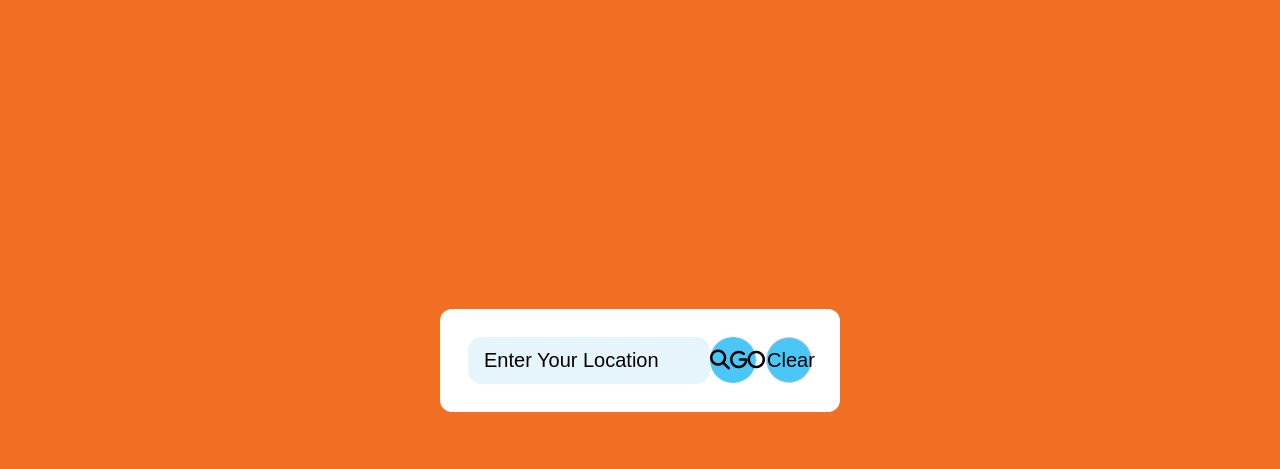
Repository: kapucuonur/weather-app
Page: index.html
An editor plug-in stored every save of this project. The page is shown before and after the next save, followed by the edit.
The browser window is 1280 px wide. The pictures show the whole page.
Some web libraries are served in a nearby version.

Above is the page before, as saved 2024-11-16 15:33:54.

### index.html
<!DOCTYPE html>
<html lang="en">
<head>
    <meta charset="UTF-8">
    <meta http-equiv="X-UA-Compatible" content="IE=edge">
    <meta name="viewport" content="width=device-width, initial-scale=1.0">
    <title>Weather App With JavaScript</title>
    <link rel="stylesheet" href="style.css">

</head>

<body>

    <div class="container">

        <div class="header">
            <div class="search-box">
                <input type="text" placeholder="Enter your location" class="input-box">
                <button class="fa-solid fa-magnifying-glass" id="searchBtn">Go</button>
                <!-- Clear button added here -->
                <button class="clear-btn" id="clearBtn">Clear</button>
            </div>

        </div>

        <div class="location-not-found">
            <h1>Sorry, Location not found!!!</h1>
            <img src="/assets/404.png" alt="404 Error">
        </div>

        <div class="weather-body">
            <img src="/assets/cloud.png" alt="Weather Image" class="weather-img">

            <div class="weather-box">
                <p class="temperature">0 <sup>°C</sup></p>
                <p class="description">light rain</p>
            </div>

            <div class="weather-details">
                <div class="humidity">
                    <i class="fa-sharp fa-solid fa-droplet"></i>
                    <div class="text">
                        <span id="humidity">45%</span>
                        <p>Humidity</p>
                    </div>
                </div>

                <div class="wind">
                    <i class="fa-solid fa-wind"></i>
                    <div class="text">
                        <span id="wind-speed">12Km/H</span>
                        <p>Wind Speed</p>
                    </div>
                </div>
            </div>
        </div>
    </div>


    <script src="script.js"></script>
    <script src="https://kit.fontawesome.com/595a890311.js" crossorigin="anonymous"></script>
</body>
</html>

### style.css
*{
    margin: 0;
    padding: 0;
    box-sizing: border-box;
    border: none;
    outline: none;
    font-family: sans-serif;
}

body{
    min-height: 100vh;
    display: flex;
    justify-content: center;
    align-items: center;
    background-color: #f16f23;
}

.container{
    width: 400px;
    height: min-content;
    background-color: #fff;
    border-radius: 12px;
    padding: 28px;
}

.search-box{
    width: 100%;
    height: min-content;
    display: flex;
    justify-content: space-between;
    align-items: center;
}

.search-box input{
    width: 84%;
    font-size: 20px;
    text-transform: capitalize;
    color: #000;
    background-color: #e6f5fb;
    padding: 12px 16px;
    border-radius: 14px;
}

.search-box input::placeholder{
    color: #000;
}
.clear-btn {
    width: 46px;
    height: 46px;
    background-color: #e6f5fb;
    border-radius: 50%;
    cursor: pointer;
    font-size: 20px;
    border: 1px solid #ccc;
    margin-left: 10px; /* Input kutusu ile arasında boşluk bırak */
}

.clear-btn:hover {
    color: #fff;
    background-color: #ababab;
}


.search-box button{
    width: 46px;
    height: 46px;
    background-color: #4ac6f7;
    border-radius: 50%;
    cursor: pointer;
    font-size: 20px;
}

.search-box button:hover{
    color: #fff;
    background-color: #f20c0c;
}

.weather-body{
    justify-content: center;
    align-items: center;
    flex-direction: column;
    margin-block: 20px;
    display: none;
}
.weather-body img{
    width: 60%;
}

.weather-box{
    margin-block: 20px;
    text-align: center;
}

.weather-box .temperature{
    font-size: 40px;
    font-weight: 800;
    position: relative;
}

.weather-box .temperature sup{
    font-size: 20px;
    position: absolute;
    font-weight: 600;
}

.weather-box .description{
    font-size: 20px;
    font-weight: 700;
    text-transform: capitalize;
}

.weather-details{
    width: 100%;
    display: flex;
    justify-content: space-between;
    margin-top: 30px;
}

.humidity, .wind{
    display: flex;
    align-items: center;
}

.humidity{
    margin-left: 20px;
}

.wind{
    margin-right: 20px;
}

.weather-details i{
    font-size: 36px;
}

.weather-details .text{
    margin-left: 10px;
    font-size: 16px;
}

.text span{
    font-size: 20px;
    font-weight: 700;
}

.location-not-found{
    margin-top: 20px;
    display: none;
    align-items: center;
    justify-content: center;
    flex-direction: column;
}

.location-not-found h1{
    font-size: 20px;
    color: #6b6b6b;
    margin-block-end: 15px;
}
.location-not-found img{
    width: 80%;
}

### script.js
const inputBox = document.querySelector('.input-box');
const searchBtn = document.getElementById('searchBtn');
const clearBtn = document.getElementById('clearBtn'); // Clear button element
const weather_img = document.querySelector('.weather-img');
const temperature = document.querySelector('.temperature');
const description = document.querySelector('.description');
const humidity = document.getElementById('humidity');
const wind_speed = document.getElementById('wind-speed');

const location_not_found = document.querySelector('.location-not-found');
const weather_body = document.querySelector('.weather-body');

async function checkWeather(city) {
    const api_key = "YOUR_API_KEY"; // Your API key
    const url = `https://api.openweathermap.org/data/2.5/weather?q=${city}&appid=${api_key}`;

    const weather_data = await fetch(`${url}`).then(response => response.json());

    if (weather_data.cod === "404") {
        location_not_found.style.display = "flex";
        weather_body.style.display = "none";
        console.log("Location not found");
        return;
    }

    location_not_found.style.display = "none";
    weather_body.style.display = "flex";

    // Update weather data
    temperature.innerHTML = `${Math.round(weather_data.main.temp - 273.15)}°C`;
    description.innerHTML = `${weather_data.weather[0].description}`;
    humidity.innerHTML = `${weather_data.main.humidity}%`;
    wind_speed.innerHTML = `${weather_data.wind.speed} Km/H`;

    // Set the weather image based on the condition
    switch (weather_data.weather[0].main) {
        case 'Clouds':
            weather_img.src = "/assets/cloud.png";
            break;
        case 'Clear':
            weather_img.src = "/assets/clear.png";
            break;
        case 'Rain':
            weather_img.src = "/assets/rain.png";
            break;
        case 'Mist':
            weather_img.src = "/assets/mist.png";
            break;
        case 'Snow':
            weather_img.src = "/assets/snow.png";
            break;
    }
}

// Search button event listener
searchBtn.addEventListener('click', () => {
    checkWeather(inputBox.value);
});

// Clear button event listener
clearBtn.addEventListener('click', () => {
    inputBox.value = ''; // Clear the input box
    location_not_found.style.display = "none"; // Hide the "location not found" message
    weather_body.style.display = "none"; // Hide the weather details
});

After the next save:
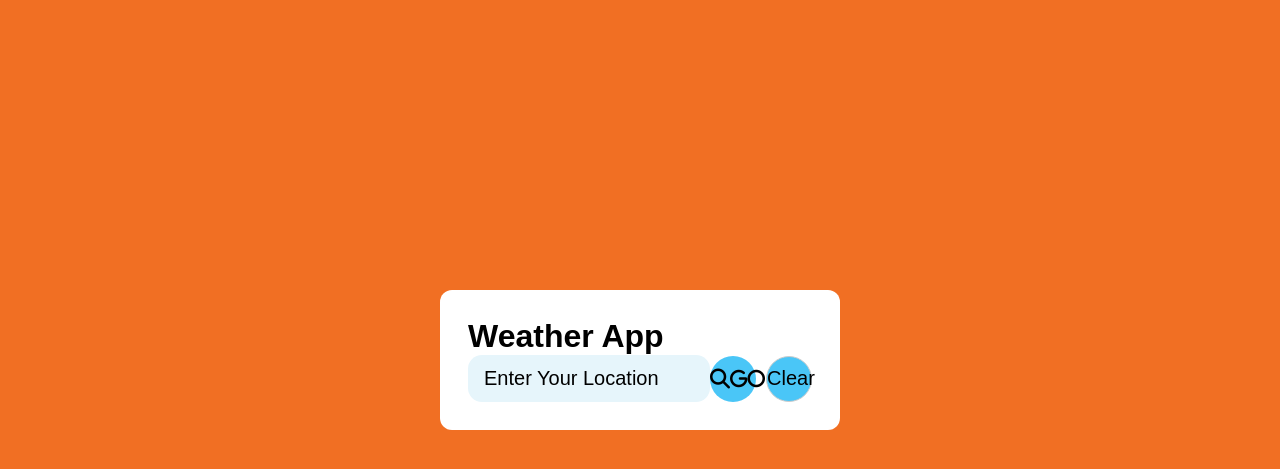
Saved 93 s later.
--- a/index.html
+++ b/index.html
@@ -12,7 +12,8 @@
 <body>
 
     <div class="container">
-
+         <!-- Başlık ekledik -->
+         <h1 class="app-title">Weather App</h1>
         <div class="header">
             <div class="search-box">
                 <input type="text" placeholder="Enter your location" class="input-box">
